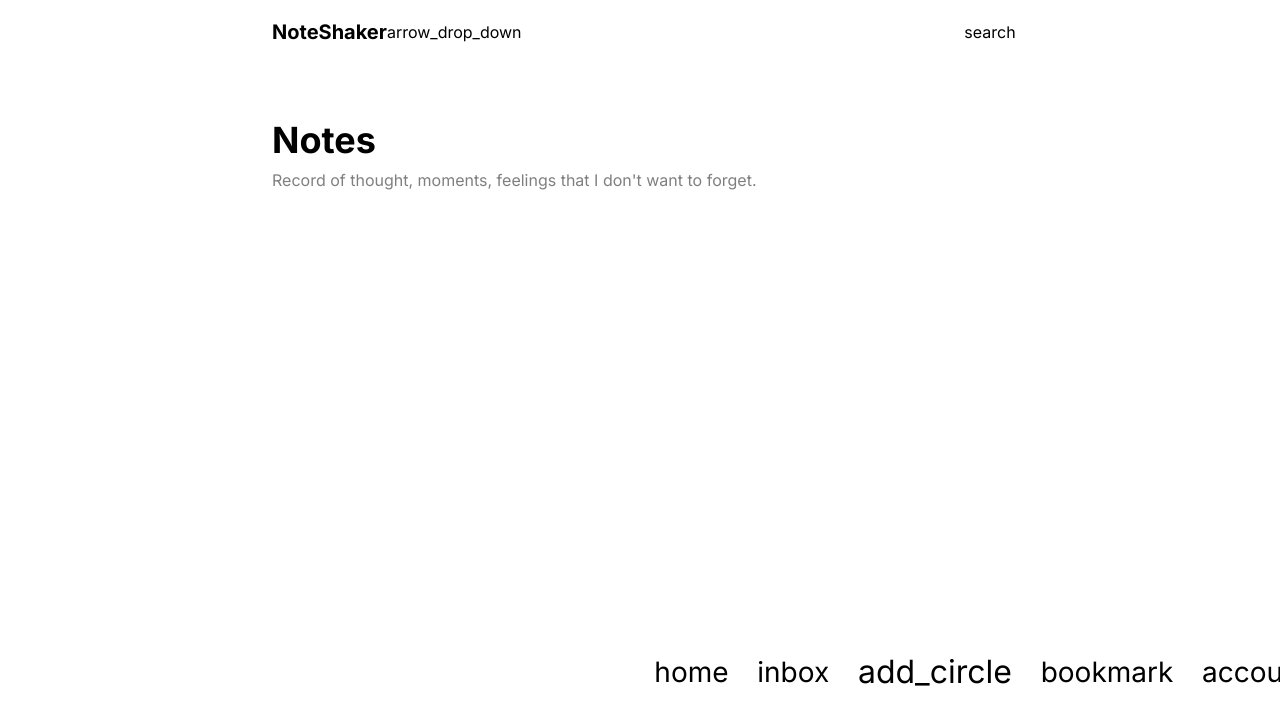
Repository: kwngmin/gongam
Page: /
The author's editor kept a copy of each file at every save. The page is drawn from the files as they stood at one save, then again after the next save.
The browser window is 1280 px wide. The pictures show the whole page.
The page's requests for data from a server got no answer. The project was rebuilt for these pictures with package versions that can differ from the ones it lists, and the page was loaded fresh each time. The framework's server and built-in components were replaced by stand-ins that run in the browser. No one was signed in, and anything a server would have sent is missing. Also part of the build but not shown: next.config.js.

Above is the page before, as saved 2023-11-01 22:04:05.

After the next save:
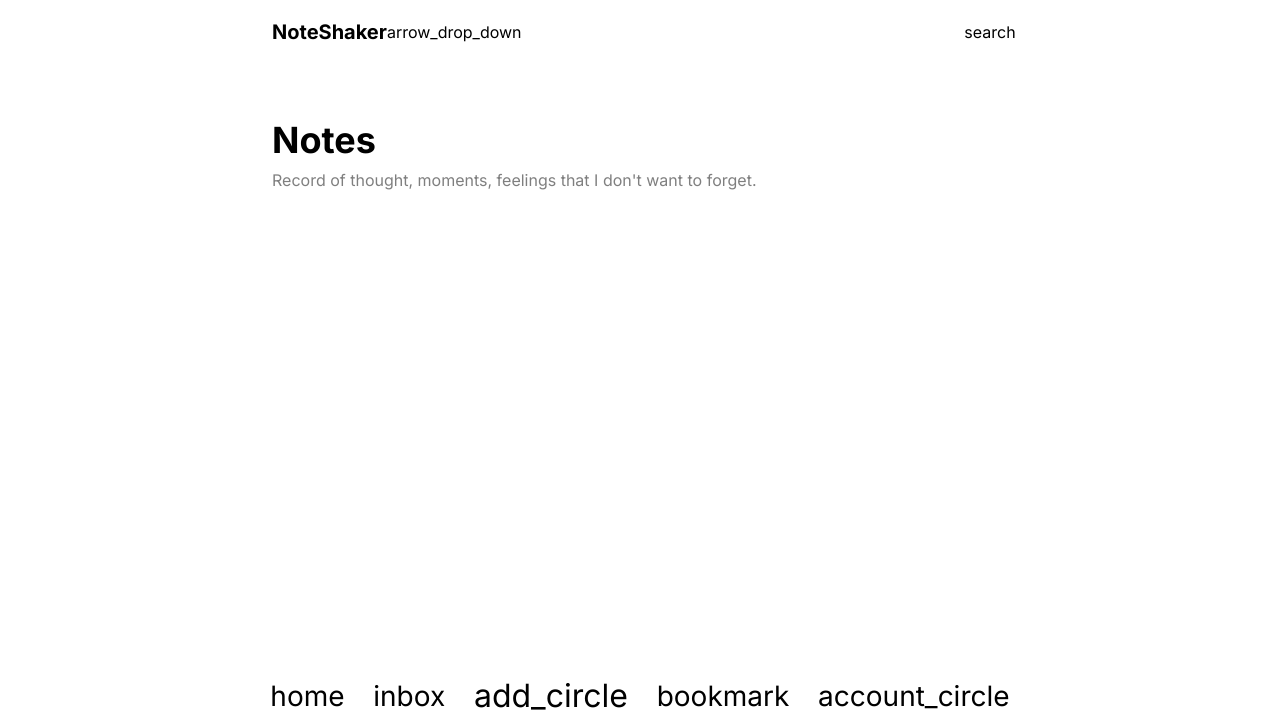
Saved 17 s later.
--- a/src/components/ui/Dockbar.tsx
+++ b/src/components/ui/Dockbar.tsx
@@ -10,7 +10,7 @@ export default function Dockbar() {
   const { data: session } = useSession();
   // console.log(pathName);
   return (
-    <div className='h-12 flex items-center justify-around w-full max-w-screen-md bg-white fixed bottom-0 left-1/2 -translate-y-1/2'>
+    <div className='h-12 flex items-center justify-around w-full max-w-screen-md bg-white fixed bottom-0 left-1/2 -translate-x-1/2'>
       <Link href='/'>
         <div>
           {pathName === '/' ? (
